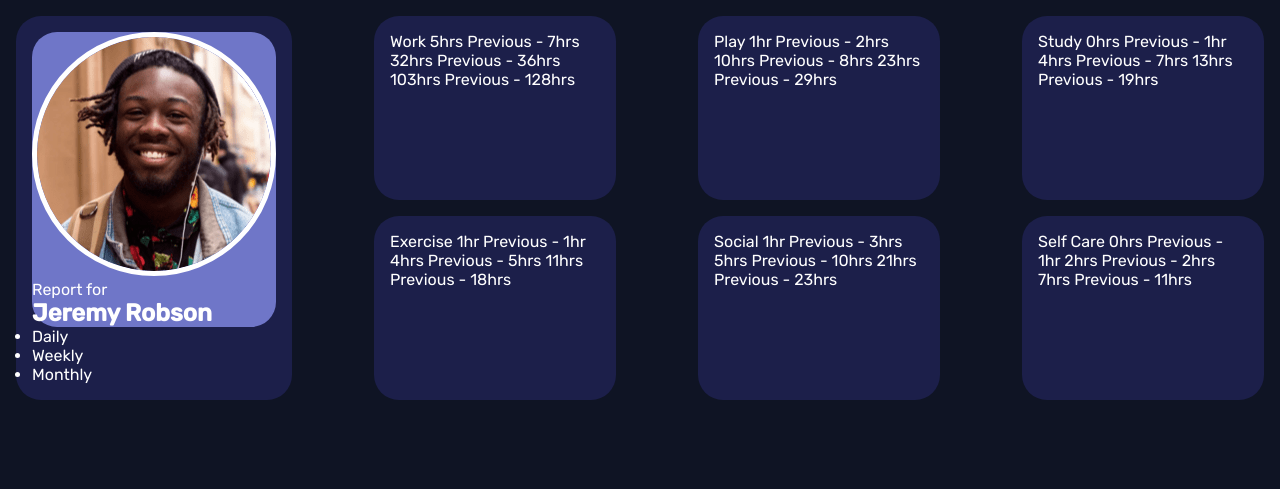
Repository: 3mr-5aled/time-tracking-dashboard-Junior
Page: index.html
An editor plug-in stored every save of this project. The page is shown before and after the next save, followed by the edit.
The browser window is 1280 px wide. The pictures show the whole page.

Above is the page before, as saved 2022-12-27 15:42:18.

After the next save:
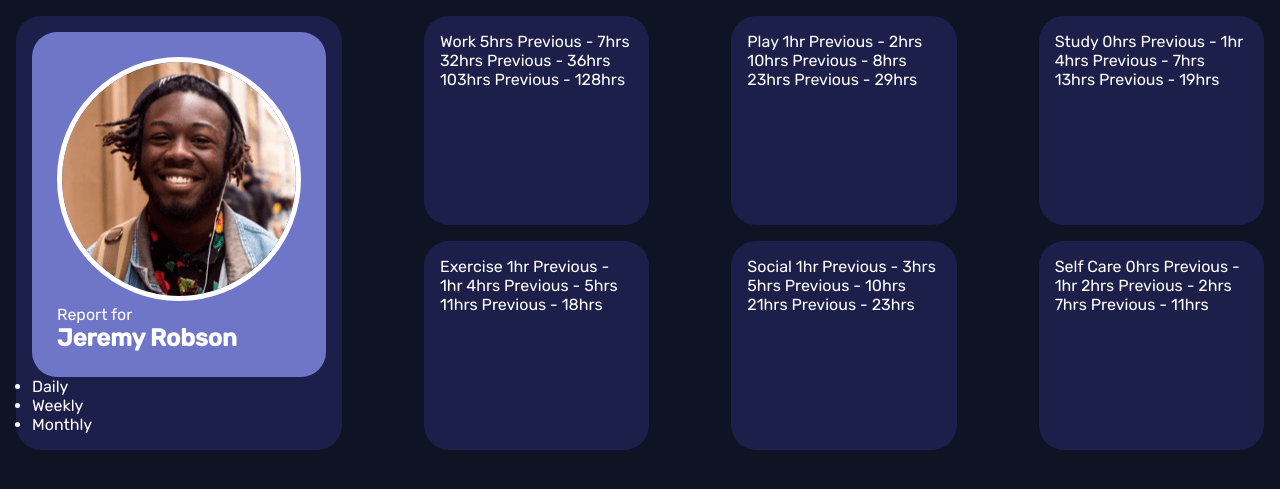
Saved 17 s later.
--- a/style.css
+++ b/style.css
@@ -68,6 +68,7 @@ body {
 .userData {
   background: var(--desaturated-blue);
   border-radius: 25px;
+  padding: 25px;
 }
 img {
   border: 5px solid white;
